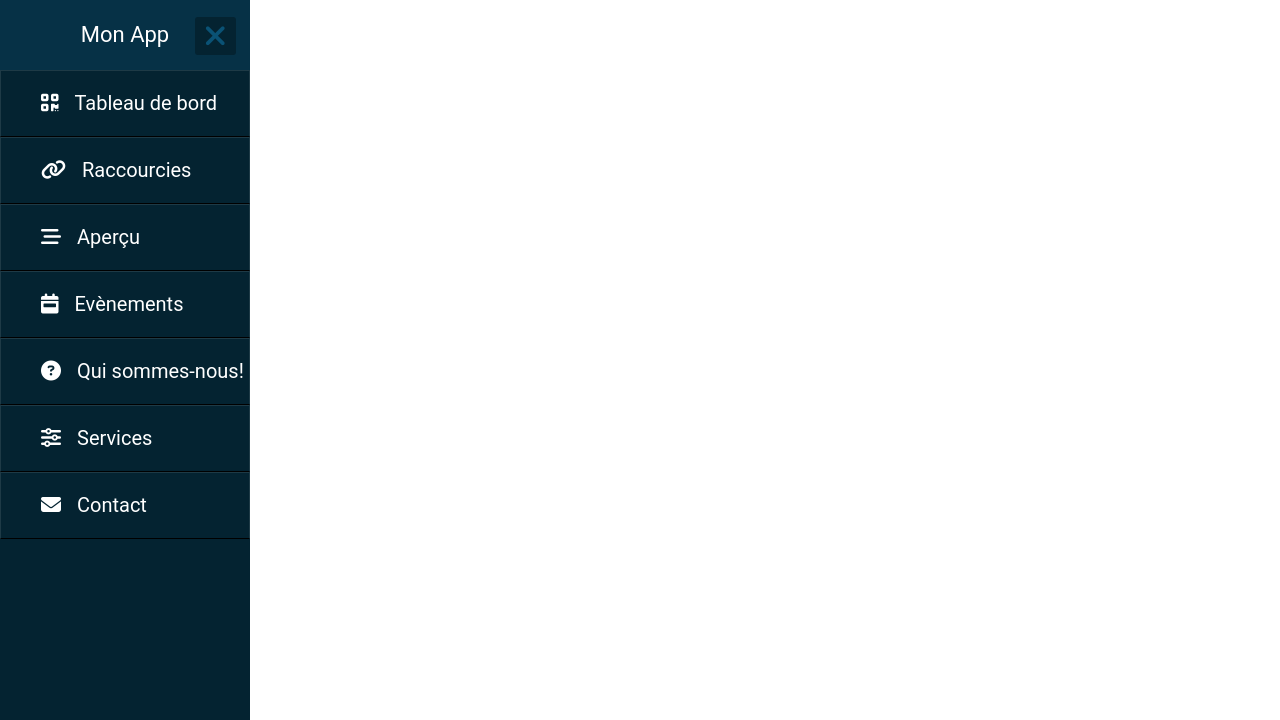
Repository: Alex-Serky/Dossier-Nav
Page: Nav-Sidebar/index.html
These files come from the project's save history. The page is drawn as it stood at one moment and after the next save; the edit follows.
The browser window is 1280 px wide. The pictures show the whole page.
The first `#check` is checked.
Some web libraries are served in a nearby version.

Above is the page before, as saved 2020-02-21 13:42:41.

After the next save:
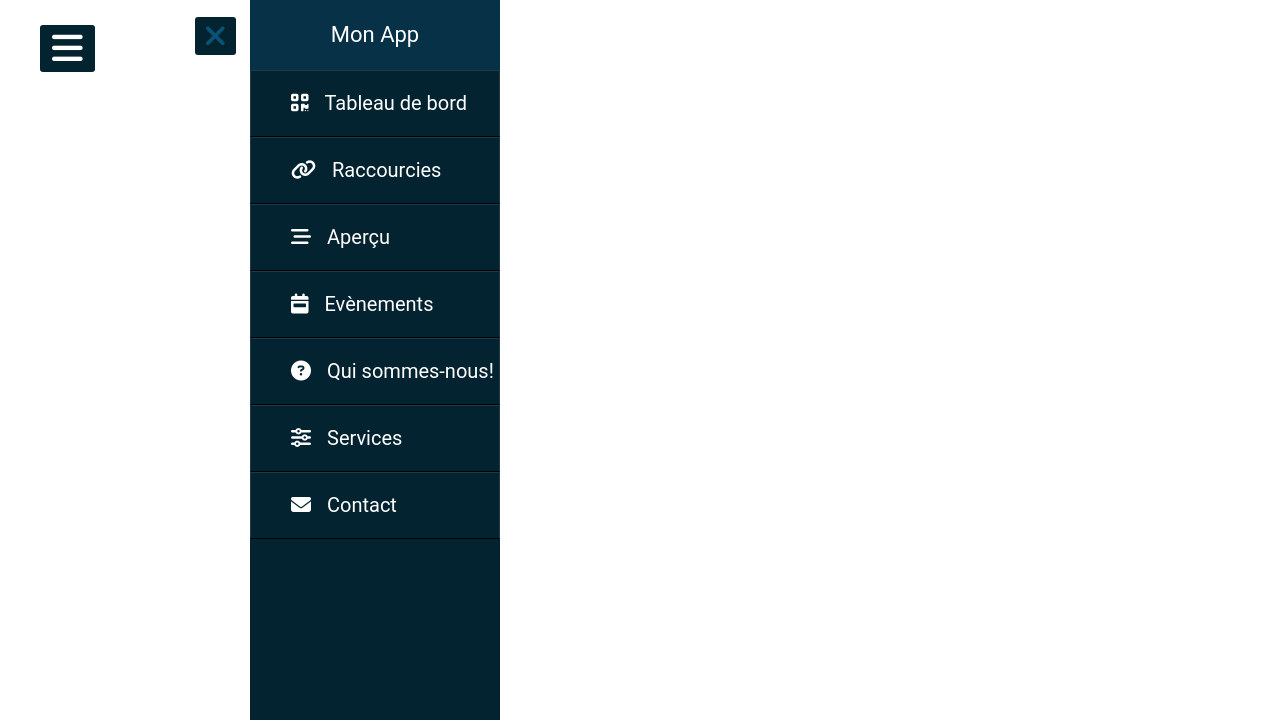
Saved 71 s later.
--- a/Nav-Sidebar/style.css
+++ b/Nav-Sidebar/style.css
@@ -82,3 +82,7 @@ label #cancel {
 #check:checked~.sidebar {
   left: 0;
 }
+
+#check:checked~.sidebar {
+  left: 250px;
+}

After the save that followed:
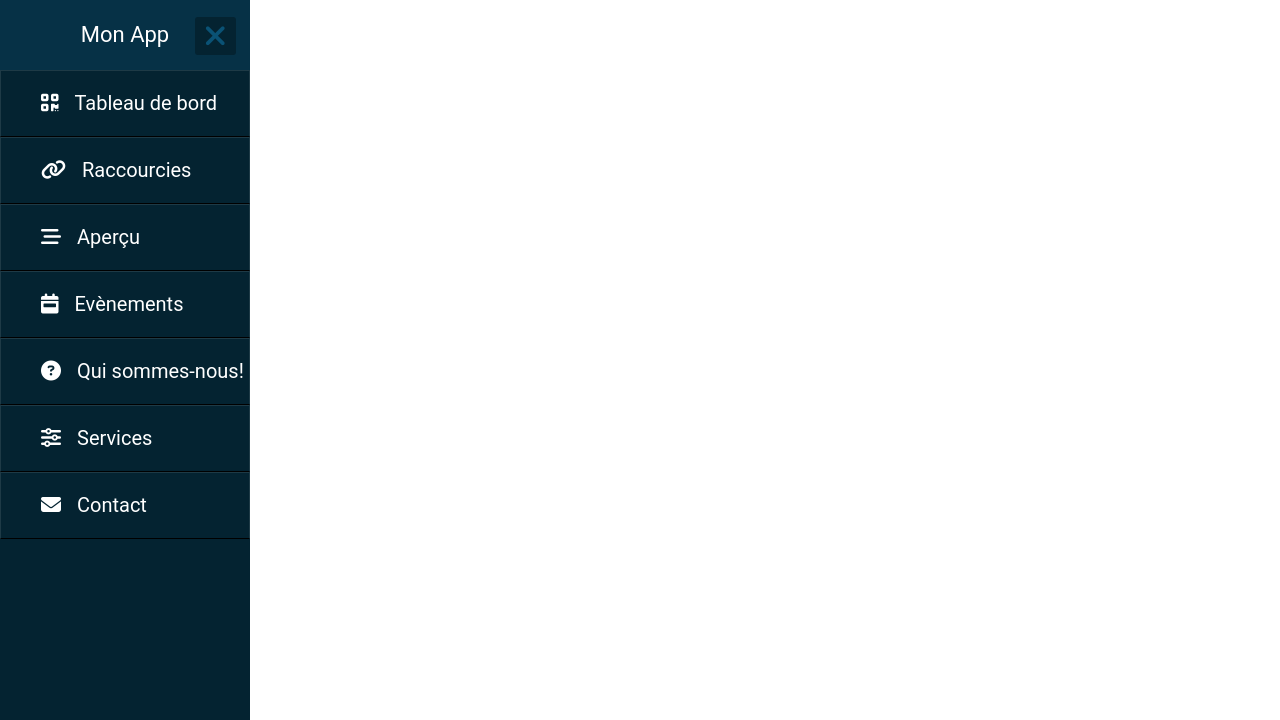
Saved 2 min 28 s later.
--- a/Nav-Sidebar/style.css
+++ b/Nav-Sidebar/style.css
@@ -83,6 +83,8 @@ label #cancel {
   left: 0;
 }
 
-#check:checked~.sidebar {
+#check:checked~label #btn {
   left: 250px;
+  opacity: 0;
+  pointer-events: none;
 }
